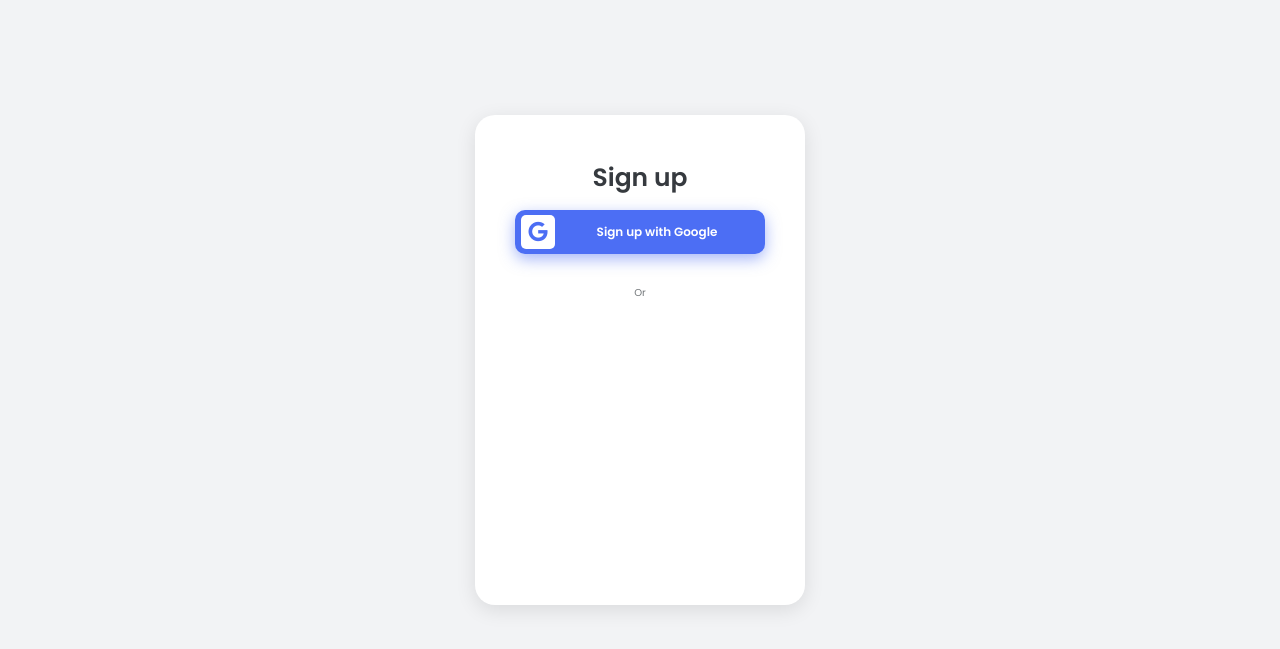
Repository: TranMinhMan040702/practice_html-css
Page: form-login/index.html
The author's editor kept a copy of each file at every save. The page is drawn from the files as they stood at one save, then again after the next save.
The browser window is 1280 px wide. The pictures show the whole page.
Some web libraries are served in a nearby version.

Above is the page before, as saved 2022-08-24 13:16:00.

After the next save:
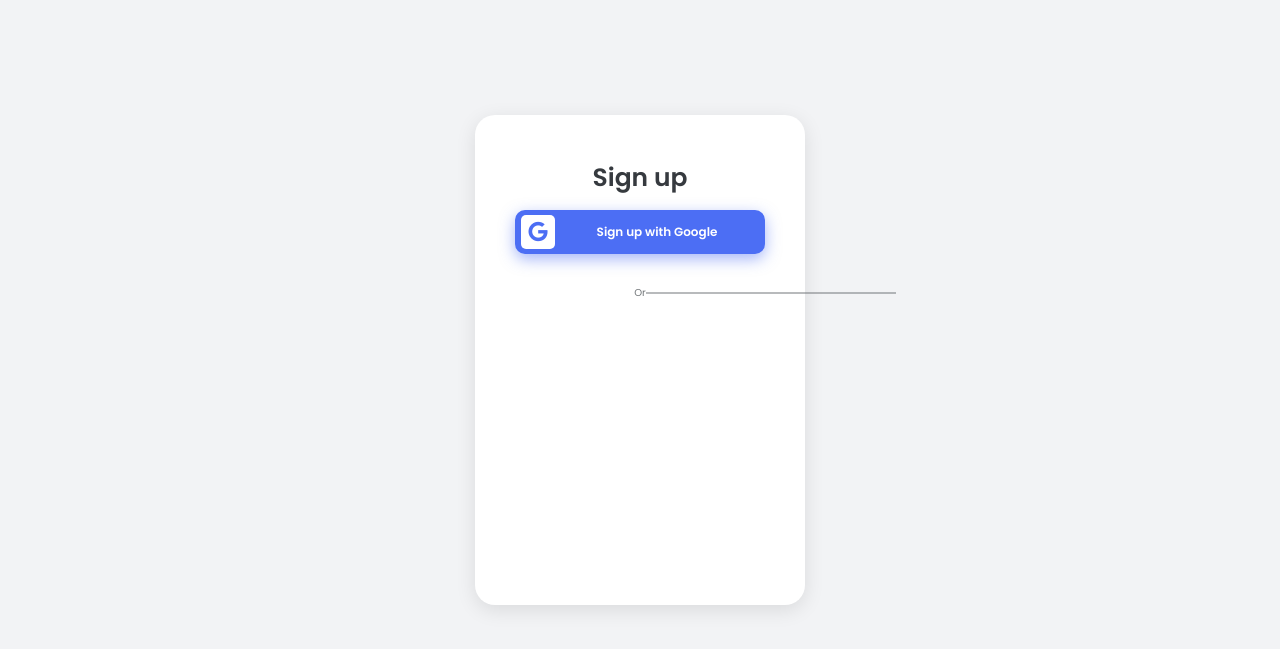
Saved 46 s later.
--- a/form-login/main.css
+++ b/form-login/main.css
@@ -82,8 +82,7 @@ body {
     position: absolute;
     width: 100%;
     height: 1px;
-    color: #73777a;
+    background-color: #73777a;
     top: 50%;
-    left: 0;
     transform: translateY(-50%);
 }
